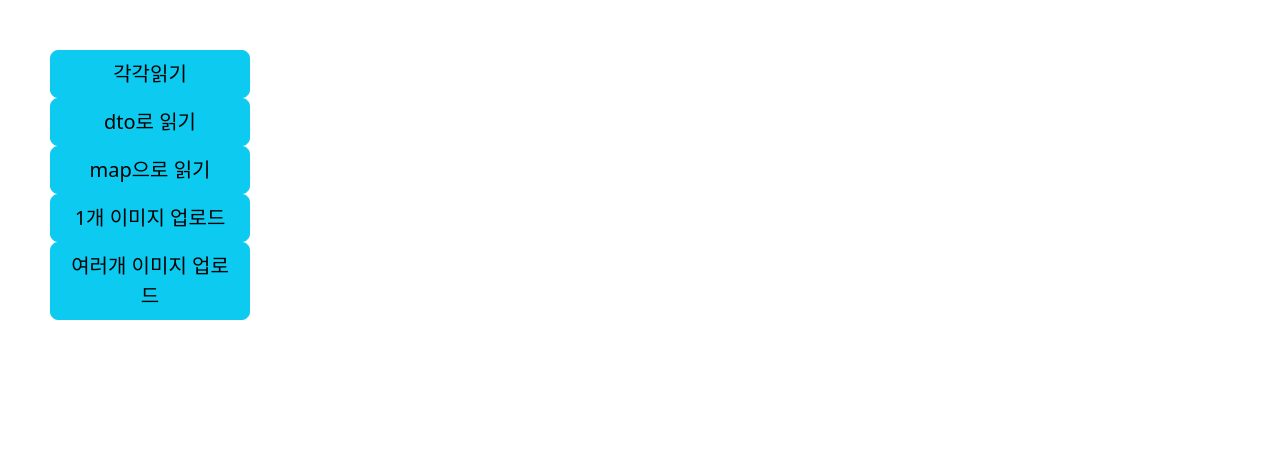
Repository: UZCHA/Sist0103Project
Page: http://localhost/SpringMvcFileUploadEx6/
The author's editor kept a copy of each file at every save. The page is drawn from the files as they stood at one save, then again after the next save.
The browser window is 1280 px wide. The pictures show the whole page.
Some web fonts or font styles are not loaded; a fallback is used. The page is served by Tomcat 9.

Above is the page before, as saved 2024-05-07 03:29:32.

After the next save:
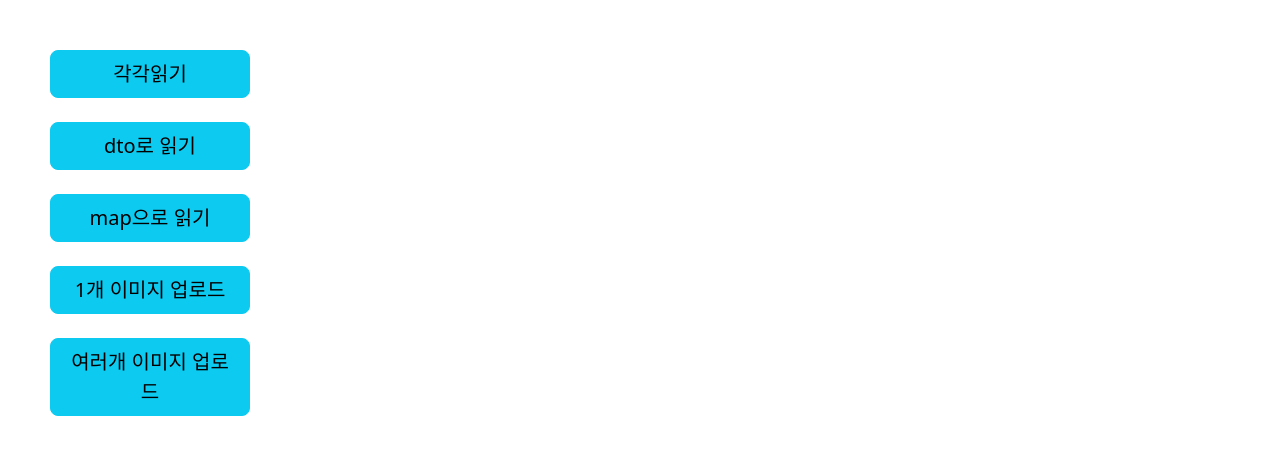
Saved 16 s later.
--- a/sts3work/SpringMvcFileUploadEx6/src/main/webapp/WEB-INF/day0507/menu.jsp
+++ b/sts3work/SpringMvcFileUploadEx6/src/main/webapp/WEB-INF/day0507/menu.jsp
@@ -15,19 +15,19 @@
 <div style="margin: 50px 50px;">
 	<button class="btn btn-info btn-lg" style="width: 200px;"
 	onclick="location.href='shop/form1'">각각읽기</button>
-	<br>
+	<br><br>
 	<button class="btn btn-info btn-lg" style="width: 200px;"
 	onclick="location.href='shop/form2'">dto로 읽기</button>
-	<br>
+	<br><br>
 	<button class="btn btn-info btn-lg" style="width: 200px;"
 	onclick="location.href='shop/form3'">map으로 읽기</button>
-	<br>
+	<br><br>
 	<button class="btn btn-info btn-lg" style="width: 200px;"
 	onclick="location.href='board/uploadform1'">1개 이미지 업로드</button>
-	<br>
+	<br><br>
 	<button class="btn btn-info btn-lg" style="width: 200px;"
 	onclick="location.href='board/uploadform2'">여러개 이미지 업로드</button>
-	<br>
+	<br><br>
 </div>
 </body>
 </html>
